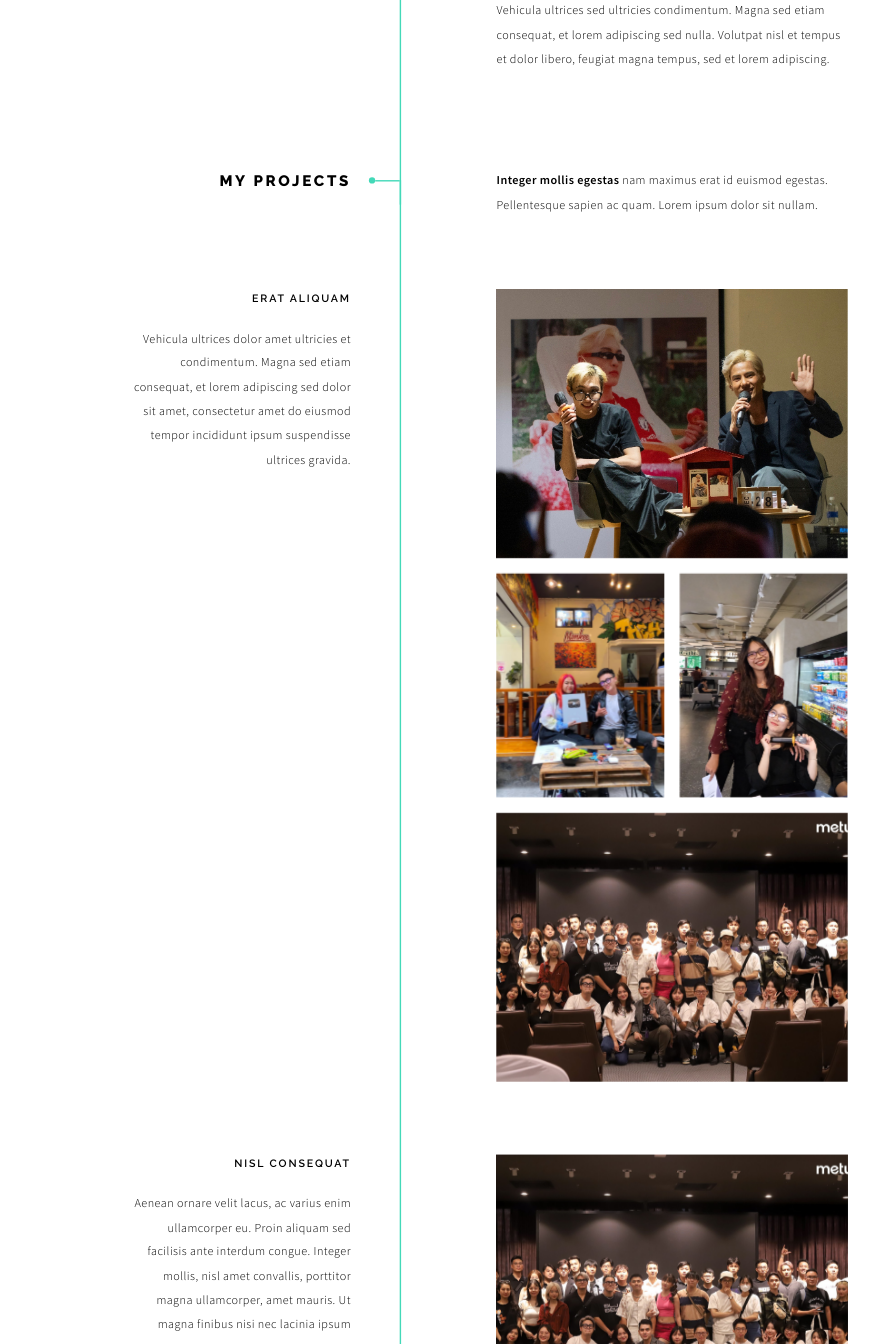
Repository: leonardin999/linh-porfolios
Page: index.html
These files come from the project's save history. The page is drawn as it stood at one moment and after the next save; the edit follows.
The browser window is 1280 px wide. The pictures show the part of the page from y = 3296 to 5216 px (the page is 7843 px tall before and 7878 px after), at 70% of full size.

Above is the page before, as saved 2023-01-24 20:21:57.

After the next save:
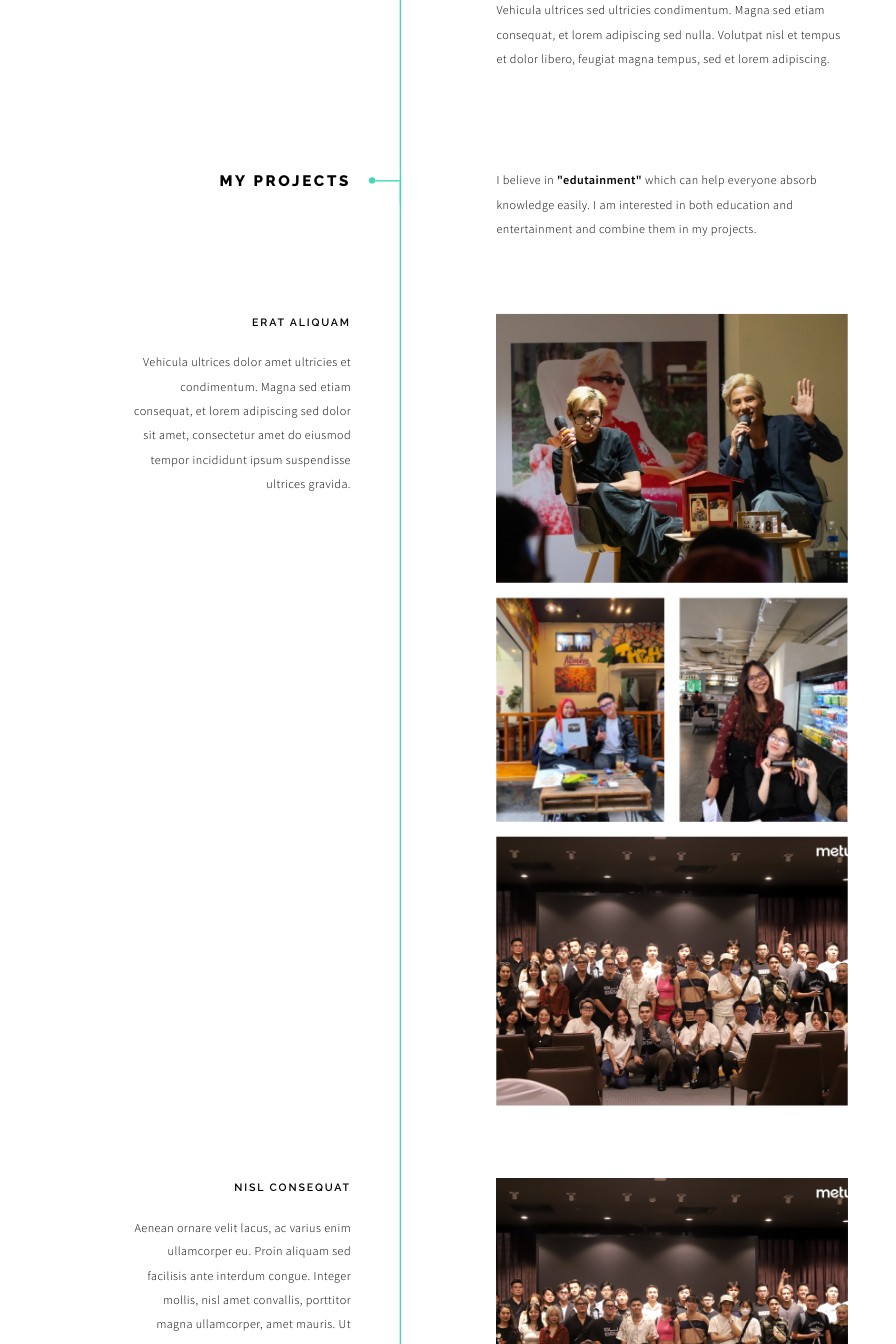
Saved 78 s later.
--- a/index.html
+++ b/index.html
@@ -122,8 +122,8 @@
         </header>
         <div class="content">
           <p>
-            <strong>Integer mollis egestas</strong> nam maximus erat id euismod
-            egestas. Pellentesque sapien ac quam. Lorem ipsum dolor sit nullam.
+            I believe in <strong>"edutainment"</strong> which can help everyone absorb knowledge easily.
+            I am interested in both education and entertainment and combine them in my projects.
           </p>
 
           <!-- Section -->
